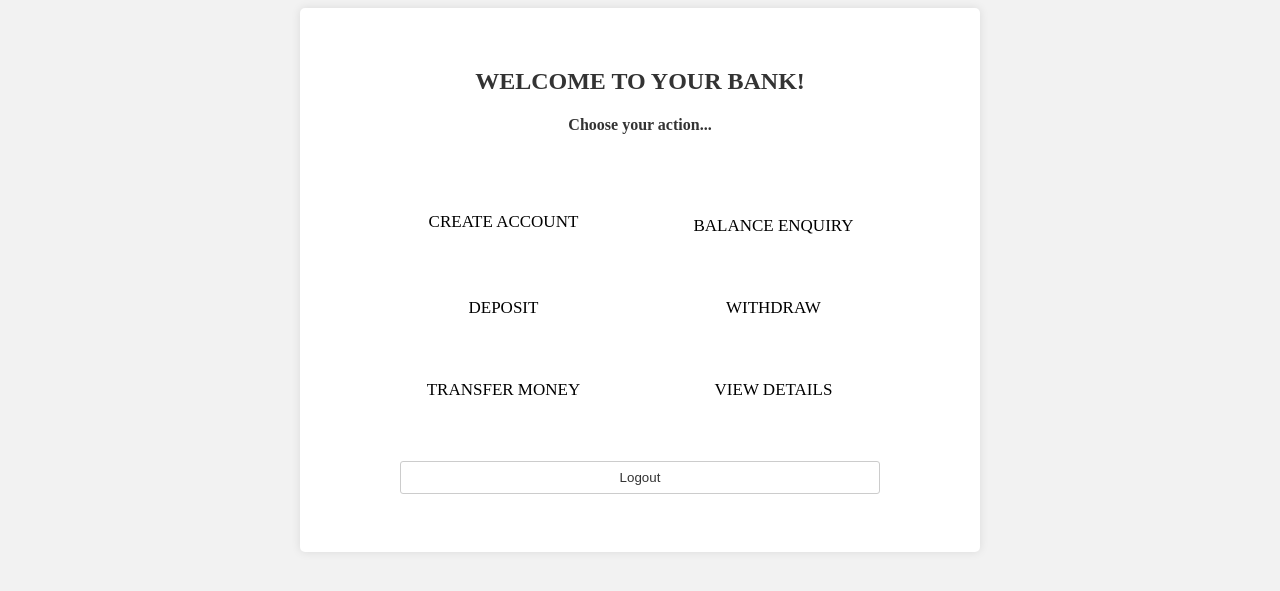
Repository: mansistic-0n3/Java_IGT
Page: Java Project/BankServlet/src/main/webapp/Home.html
An editor plug-in stored every save of this project. The page is shown before and after the next save, followed by the edit.
The browser window is 1280 px wide. The pictures show the whole page.

Above is the page before, as saved 2023-07-03 06:30:47.

### Java Project/BankServlet/src/main/webapp/Home.html
<!DOCTYPE html>
<html>
<head>
  <title>BANK</title>
   <!--<style>
 .button{
  width: 100%;
  padding: 10px;
  border-radius: 3px;
  border: none;
  background-color: #AEC6CF;
  color: #ffffff;
  cursor: pointer;
 }
 .button:hover {
      transform: scale(1.2);
    }
  </style>-->
  <style>
  .btn {
 position: relative;
 font-size: 17px;
 text-transform: uppercase;
 text-decoration: none;
 padding: 1em 2.5em;
 display: inline-block;
 border-radius: 6em;
 transition: all .2s;
 border: none;
 font-family: inherit;
 font-weight: 500;
 color: black;
 background-color: white;
}

.btn:hover {
 transform: translateY(-3px);
 box-shadow: 0 10px 20px rgba(0, 0, 0, 0.2);
}

.btn:active {
 transform: translateY(-1px);
 box-shadow: 0 5px 10px rgba(0, 0, 0, 0.2);
}

.btn::after {
 content: "";
 display: inline-block;
 height: 100%;
 width: 100%;
 border-radius: 100px;
 position: absolute;
 top: 0;
 left: 0;
 z-index: -1;
 transition: all .4s;
}

.btn::after {
 background-color: #fff;
}

.btn:hover::after {
 transform: scaleX(1.4) scaleY(1.6);
 opacity: 0;
}
  </style>
</head>
<body style="background-color: #f2f2f2; text-align:center;">
<div style="max-width: 600px; margin: 0 auto; padding: 40px; background-color: #ffffff; border-radius: 5px; box-shadow: 0 0 10px rgba(0, 0, 0, 0.1);">
 <h2 style="text-align: center; color: #333333;">WELCOME TO YOUR BANK!</h2>
 <h4 style="text-align: center; color: #333333;">Choose your action...</h4>
  <div style="display: grid; grid-template-columns: repeat(2, 1fr); gap: 20px; max-width: 600px; margin: 0 auto; padding: 40px;">
   <form action="create.html"> <div style="text-align: center;">
      <input type="submit" value = "CREATE ACCOUNT" class="btn">
    </div></form>
    <form action="Bal.html"> <div style="text-align: center;padding:4px;">
      <input type="submit" value = "BALANCE ENQUIRY" class="btn">
    </div></form>
   <form action="Deposit.html"> <div style="text-align: center;padding:4px;">
      <input type="submit" value = "DEPOSIT" class="btn">
    </div></form>
    <form action="Withdraw.html"> <div style="text-align: center; padding:4px;">
      <input type="submit" value = "WITHDRAW" class="btn">
    </div></form>
     <form action="transfer.html"> <div style="text-align: center; padding:4px;">
      <input type="submit" value = "TRANSFER MONEY" class="btn">
    </div></form>
    <form action="detail.html"> <div style="text-align: center; padding:4px;">
      <input type="submit" value = "VIEW DETAILS" class="btn">
    </div></form>
  </div>

      <form action="login.html">
        <input type="submit" value="Logout" style="width: 80%; padding: 8px; border-radius: 3px; border: 1px solid #cccccc; background-color: #ffffff; color: #333333; cursor: pointer;">
      <br><br></form></div>
</body>
</html>

After the next save:
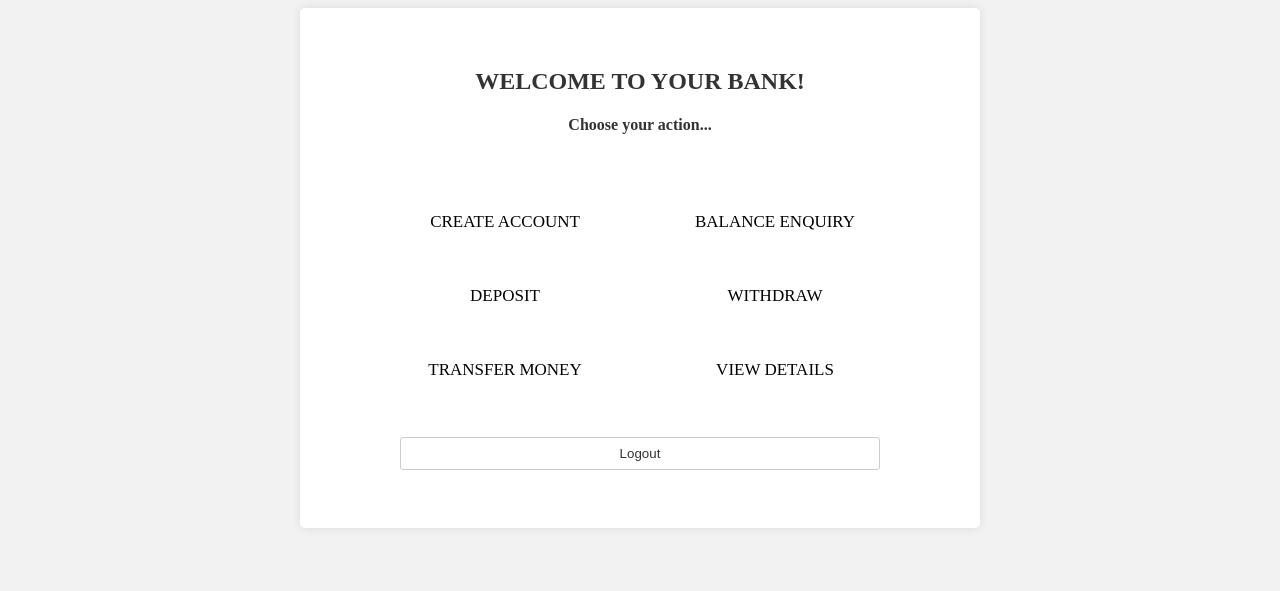
Saved 46 s later.
--- a/Java Project/BankServlet/src/main/webapp/Home.html
+++ b/Java Project/BankServlet/src/main/webapp/Home.html
@@ -74,19 +74,19 @@
    <form action="create.html"> <div style="text-align: center;">
       <input type="submit" value = "CREATE ACCOUNT" class="btn">
     </div></form>
-    <form action="Bal.html"> <div style="text-align: center;padding:4px;">
+    <form action="Bal.html"> <div style="text-align: center;">
       <input type="submit" value = "BALANCE ENQUIRY" class="btn">
     </div></form>
-   <form action="Deposit.html"> <div style="text-align: center;padding:4px;">
+   <form action="Deposit.html"> <div style="text-align: center;">
       <input type="submit" value = "DEPOSIT" class="btn">
     </div></form>
-    <form action="Withdraw.html"> <div style="text-align: center; padding:4px;">
+    <form action="Withdraw.html"> <div style="text-align: center; ">
       <input type="submit" value = "WITHDRAW" class="btn">
     </div></form>
-     <form action="transfer.html"> <div style="text-align: center; padding:4px;">
+     <form action="transfer.html"> <div style="text-align: center;">
       <input type="submit" value = "TRANSFER MONEY" class="btn">
     </div></form>
-    <form action="detail.html"> <div style="text-align: center; padding:4px;">
+    <form action="detail.html"> <div style="text-align: center;">
       <input type="submit" value = "VIEW DETAILS" class="btn">
     </div></form>
   </div>
